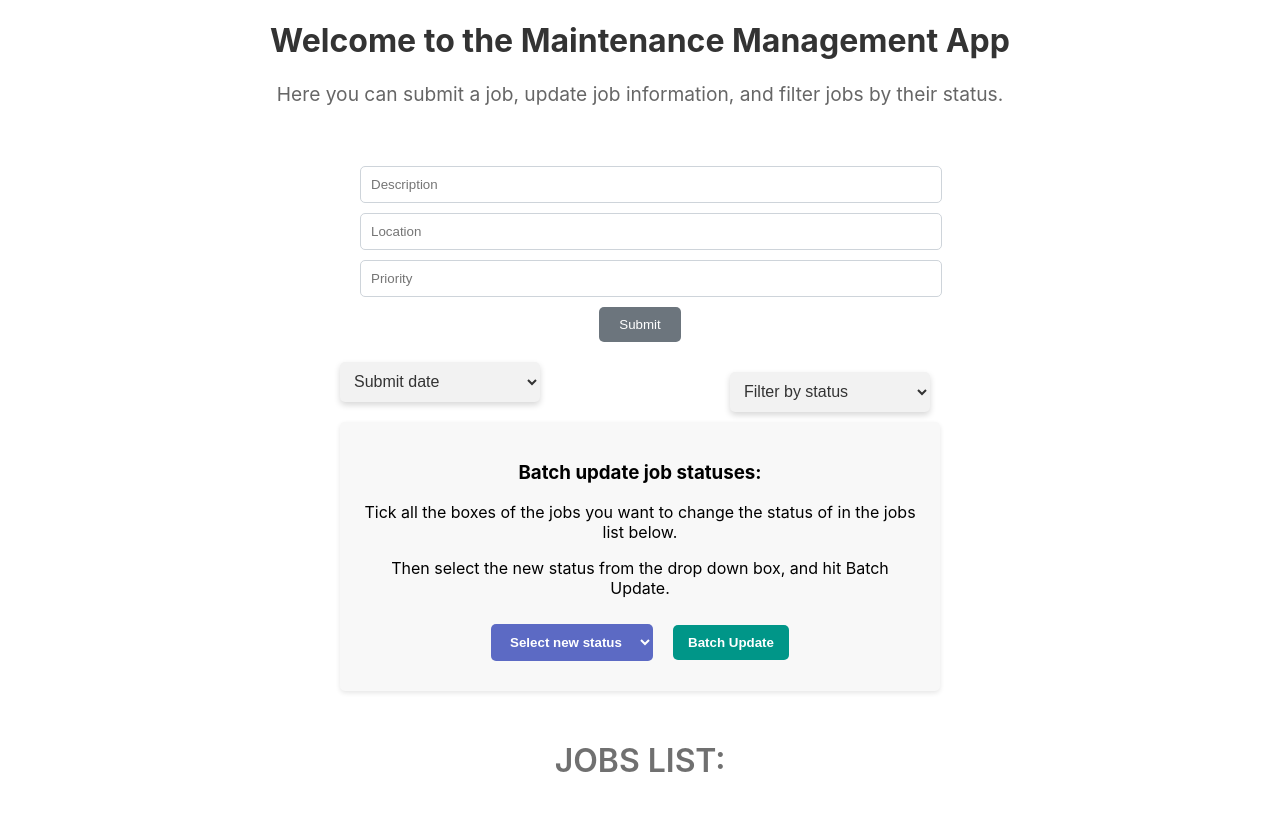
Repository: mikasteyn999/Maintenance-Manager-App
Page: / (app in frontend/)
The author's editor kept a copy of each file at every save. The page is drawn from the files as they stood at one save, then again after the next save.
The browser window is 1280 px wide. The pictures show the whole page.
The page's requests for data from a server got no answer. The project was rebuilt for these pictures with package versions that can differ from the ones it lists, and the page was loaded fresh each time. No one was signed in, and anything a server would have sent is missing. Also part of the build but not shown: frontend/src/style/Job.css, frontend/src/components/Job.js, frontend/src/style/JobUpdateForm.css, frontend/src/components/JobUpdateForm.js.

Above is the page before, as saved 2023-06-05 17:45:39.

After the next save:
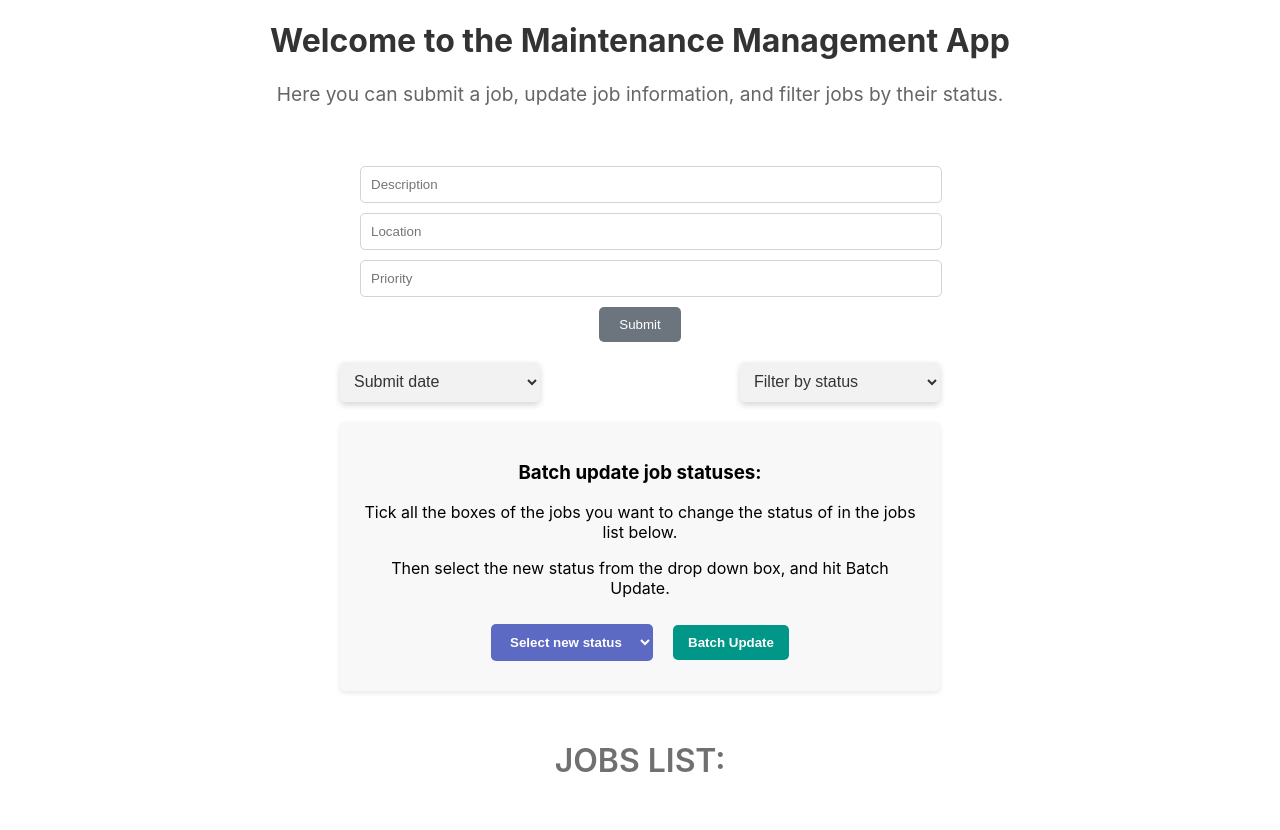
Saved 65 s later.
--- a/frontend/src/style/JobsList.css
+++ b/frontend/src/style/JobsList.css
@@ -83,7 +83,6 @@
     color: #333;
     background-color: #f2f2f2;
     transition: background-color 0.3s ease;
-    margin: 10px;
 }
 
 /* Style the options inside the select element */
